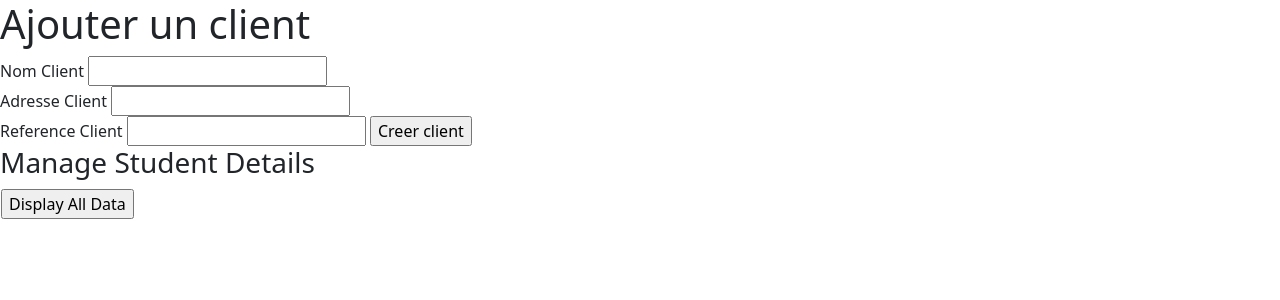
Repository: Elie-Dey/airblio
Page: test.html
An editor plug-in stored every save of this project. The page is shown before and after the next save, followed by the edit.
The browser window is 1280 px wide. The pictures show the whole page.

Above is the page before, as saved 2022-03-27 03:25:50.

### test.html
<!DOCTYPE html>
<html lang="en">
  <head>
    <meta charset="UTF-8" />
    <meta http-equiv="X-UA-Compatible" content="IE=edge" />
    <meta name="viewport" content="width=device-width, initial-scale=1.0" />
    <link
      href="https://cdn.jsdelivr.net/npm/bootstrap@5.1.3/dist/css/bootstrap.min.css"
      rel="stylesheet"
      integrity="sha384-1BmE4kWBq78iYhFldvKuhfTAU6auU8tT94WrHftjDbrCEXSU1oBoqyl2QvZ6jIW3"
      crossorigin="anonymous"
    />
    <script src="https://ajax.googleapis.com/ajax/libs/jquery/3.6.0/jquery.min.js"></script>
    <title>Document</title>
    <script src="js/app.js"></script>
  </head>
  <body>
    <h1>Ajouter un client</h1>
    <form action="connect.php" method="post">
      <label for="nom">Nom Client </label>
      <input type="text" name="nom" id="nom" /> <br />
      <label for="Adresse">Adresse Client</label>
      <input type="text" name="adresse" id="adresse" /> <br />
      <label for="reference">Reference Client</label>
      <input type="text" name="reference" id="reference" />
      <input type="submit" value="Creer client" />
    </form>

    <h3>Manage Student Details</h3>
    <table>
      <tr>
        <td><input type="button" id="display" value="Display All Data" /></td>
      </tr>
    </table>
    <div id="responsecontainer"></div>
  </body>
</html>

### js/app.js
// var getHttpRequest = function () {
//   var httpRequest = false;
//   if (window.XMLHttpRequest) {
//     // Mozilla, Safari, IE7+...
//     httpRequest = new XMLHttpRequest();
//   } else if (window.ActiveXObject) {
//     // IE 6 et antérieurs
//     httpRequest = new ActiveXObject("Microsoft.XMLHTTP");
//   }

//   return httpRequest;
// };

// var httpRequest = getHttpRequest();
// httpRequest.open("GET");

$(document).ready(function () {
  $("form").submit(function (event) {
    var formData = {
      nom: $("#nom").val(),
      adresse: $("#adresse").val(),
      reference: $("#reference").val(),
    };
    $.ajax({
      type: "POST" ? url : "connect.php",
      data: formData,
      dataType: "json",
      encode: true,
    }).done(function (data) {
      console.log(data);
    });

    event.preventDefault();
  });
});

function getClients() {
  //Creation d'une requete AJAX pour se connecter au serveur avec le fichier connect.php
  const requeteAjax = new XMLHttpRequest();
  requeteAjax.open("GET", "connect.php");

  //Quand les données sont reçus, les traités sous forme de JSON et les affichés au format HTML

  requeteAjax.onload = function () {
    const resultat = JSON.parse(requeteAjax.responseText);
    console.log(resultat);
  };

  //On envoie la requete
  requeteAjax.send();
}
// $(document).ready(function () {
//   $("#display").click(function () {
//     $.ajax({
//       //create an ajax request to display.php
//       type: "GET",
//       url: "connect.php",
//       dataType: "html", //expect html to be returned
//       success: function (response) {
//         $("#responsecontainer").html(response);
//         //alert(response);
//       },
//     });
//   });
// });

After the next save:
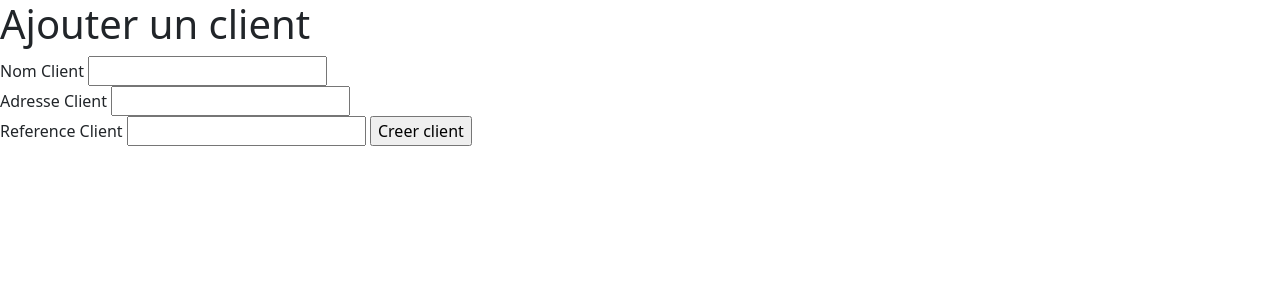
Saved 6 s later.
--- a/test.html
+++ b/test.html
@@ -26,12 +26,12 @@
       <input type="submit" value="Creer client" />
     </form>
 
-    <h3>Manage Student Details</h3>
+    <!-- <h3>Manage Student Details</h3>
     <table>
       <tr>
         <td><input type="button" id="display" value="Display All Data" /></td>
       </tr>
     </table>
-    <div id="responsecontainer"></div>
+    <div id="responsecontainer"></div> -->
   </body>
 </html>
